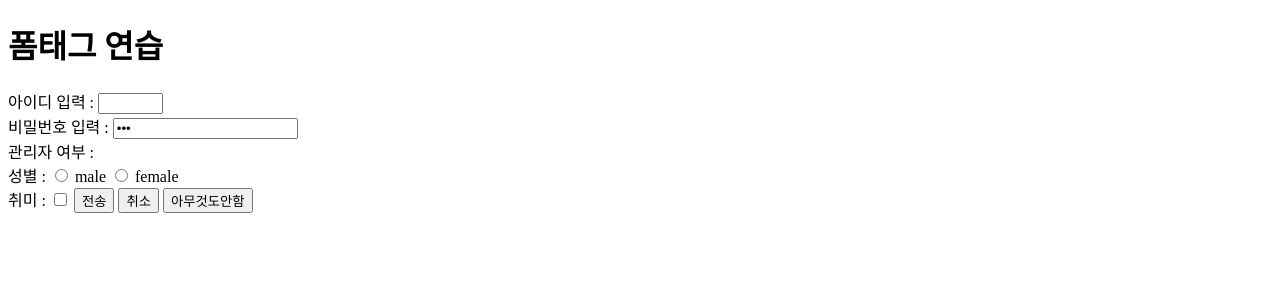
Repository: younseochoi/AI_PLATFORM
Page: my_code/03_web/html/src/main/webapp/formtag1.html
An editor plug-in stored every save of this project. The page is shown before and after the next save, followed by the edit.
The browser window is 1280 px wide. The pictures show the whole page.

Above is the page before, as saved 2022-07-22 02:26:26.

After the next save:
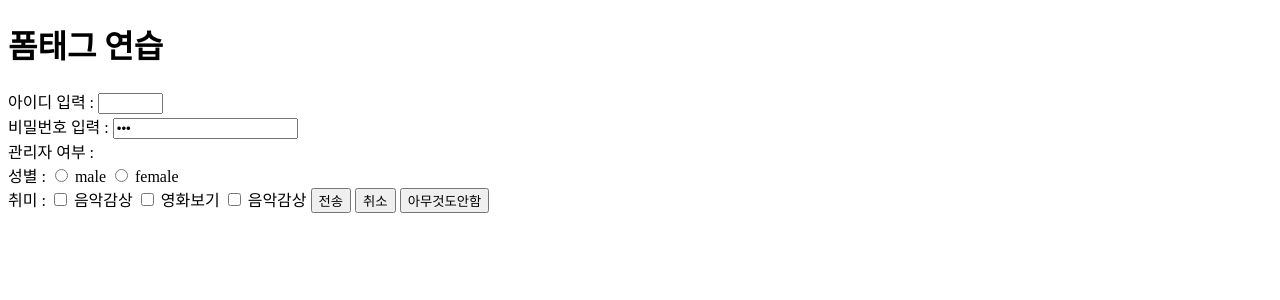
Saved 49 s later.
--- a/my_code/03_web/html/src/main/webapp/formtag1.html
+++ b/my_code/03_web/html/src/main/webapp/formtag1.html
@@ -12,7 +12,9 @@
 	관리자 여부 : <input type='hidden' name="admin" value= true> <br>
 	성별 : <input type='radio' name="gender" value= "남자"> male
 			<input type='radio' name="gender" value= "여자"> female<br>
-	취미 : <input type ='checkbox'>
+	취미 : <input type ='checkbox' name="hobby" value = "music"> 음악감상
+			<input type ='checkbox' name="hobby" value = "hiking"> 영화보기
+			<input type ='checkbox' name="hobby" value = "music"> 음악감상
 	<input type = 'submit' value= "전송"> <!-- 버튼, 기능내장, action 속성파일로 전송기능 -->
 	<input type = 'reset' value ="취소"> <!-- 버튼, 기능내장, 입력내용 지우고 현재 파일에 머물러있음. -->
 	<input type= 'button' value="아무것도안함"> <!-- 버튼, 기능내장 x ,기능 사용자 정의 (자바스크립트) -->
